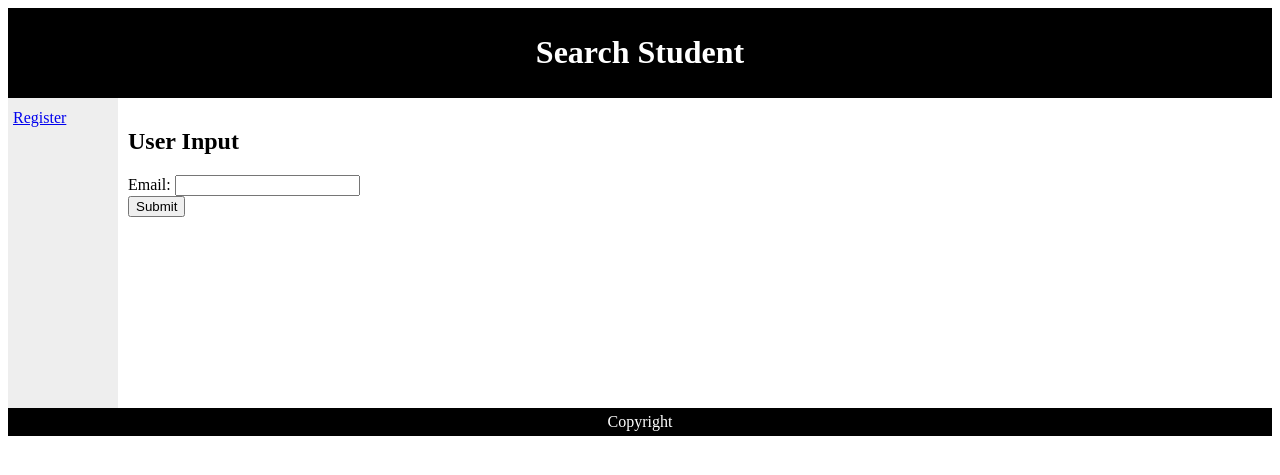
Repository: dreamxia329/TechExercise4830
Page: T3-0325-xia/T3-webProject-Xia/WebContent/search.html
An editor plug-in stored every save of this project. The page is shown before and after the next save, followed by the edit.
The browser window is 1280 px wide. The pictures show the whole page.

Above is the page before, as saved 2022-03-31 00:04:38.

After the next save:
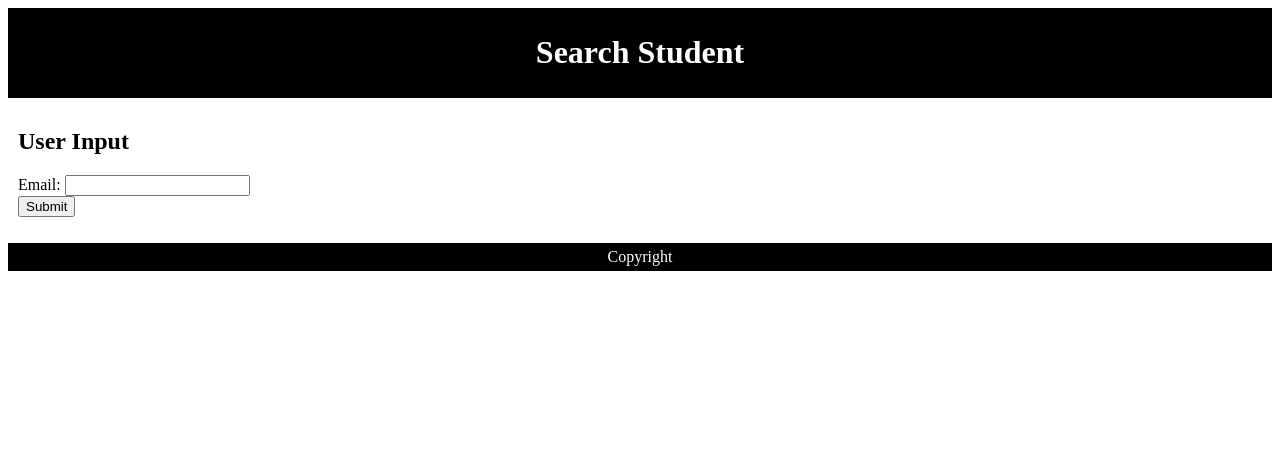
Saved 86 s later.
--- a/T3-0325-xia/T3-webProject-Xia/WebContent/search.html
+++ b/T3-0325-xia/T3-webProject-Xia/WebContent/search.html
@@ -38,10 +38,6 @@ footer {
 		<h1>Search Student</h1>
 	</header>
 
-	<nav>
-		<a href="/T3-webProject-Xia/RegisterServlet.html">Register</a> <br>
-	</nav>
-
 	<section>
 		<h1>User Input</h1>
 
